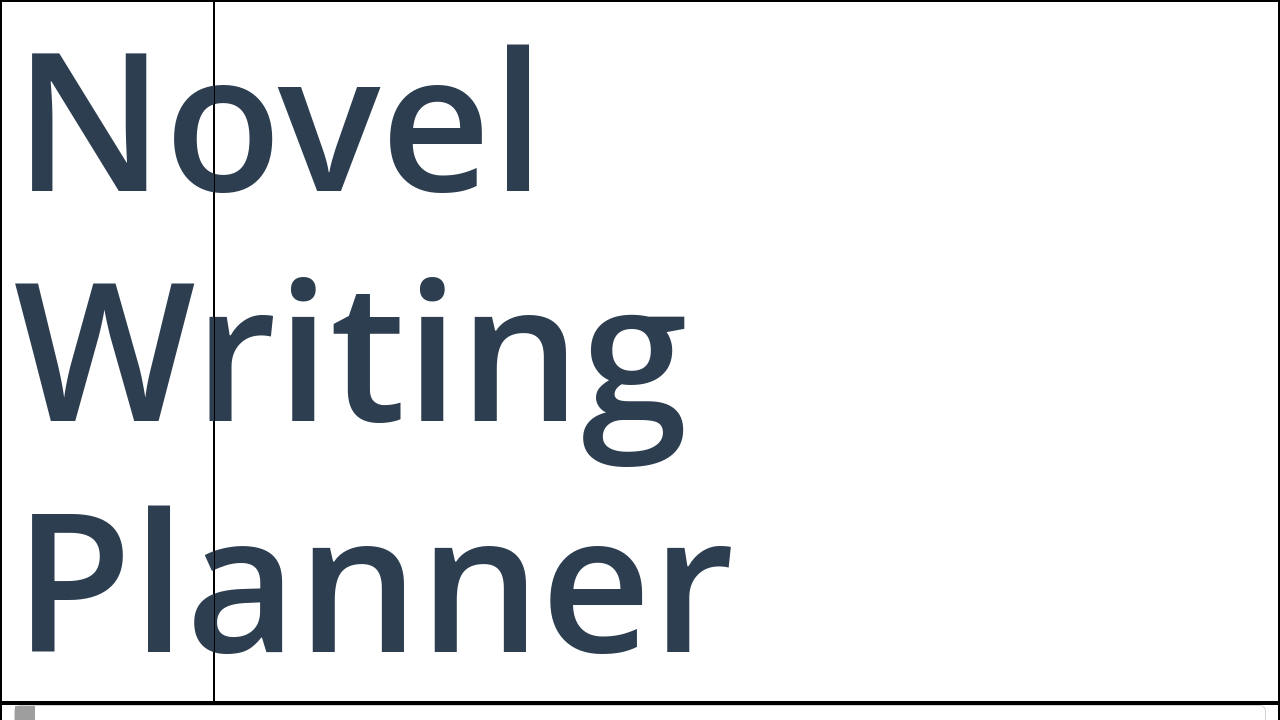
Repository: GossipCoco/RallyeBookV2
Page: /login
These files come from the project's save history. The page is drawn as it stood at one moment and after the next save; the edit follows.
The browser window is 1280 px wide. The pictures show the whole page.
Pictures or frames that could not be fetched are drawn as grey boxes. The project was rebuilt for these pictures with package versions that can differ from the ones it lists, and the page was loaded fresh each time. Also part of the build but not shown: vue.config.js, src/Services/auth-header.js, src/Services/user.service.js, src/components/PageComponent/Home.vue.

Above is the page before, as saved 2023-12-11 15:34:59.

After the next save:
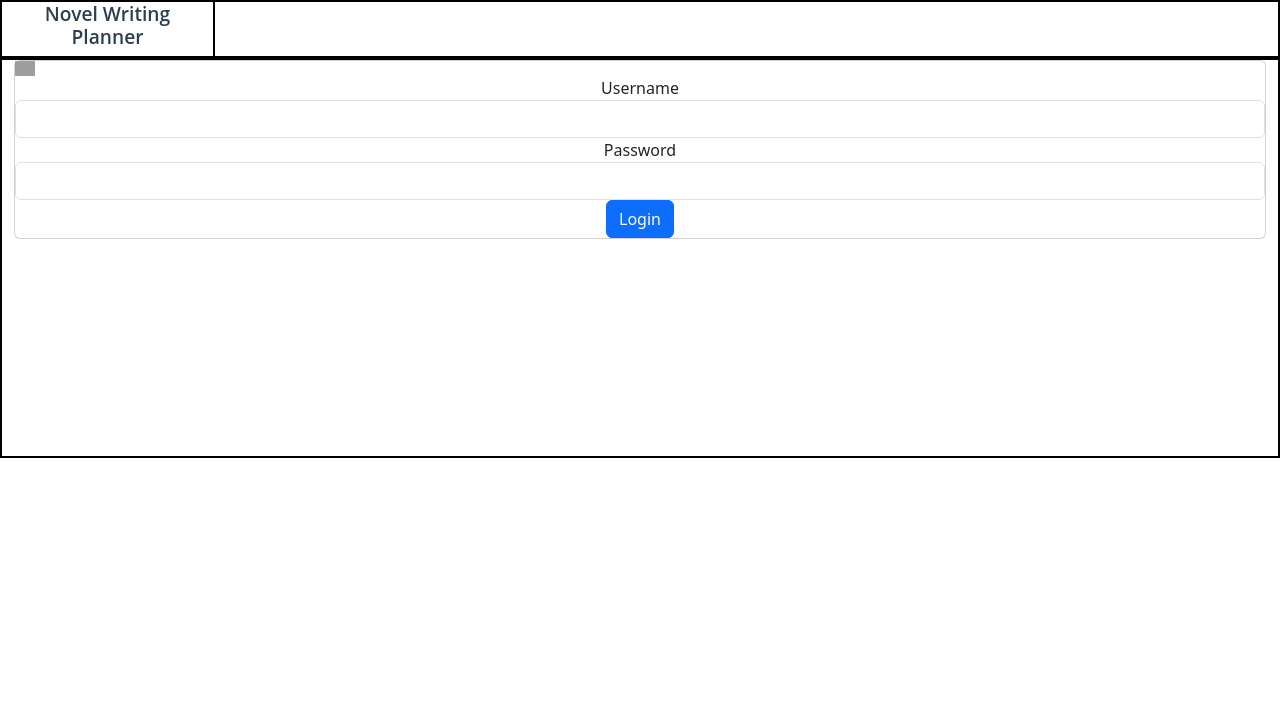
Saved 4 s later.
--- a/src/assets/css/Layout.css
+++ b/src/assets/css/Layout.css
@@ -22,7 +22,7 @@ body {
 h1{
     font-family: var(--opensans-text);
     font-weight: 600;
-    font-size: 12rem;
+    font-size: 1.2rem;
 }
 .row, .col,
 .col-1, .col-2, .col-3, .col-4, .col-5, .col-6, .col-7, .col-8, .col-9, .col-10, .col-11, .col-12{
